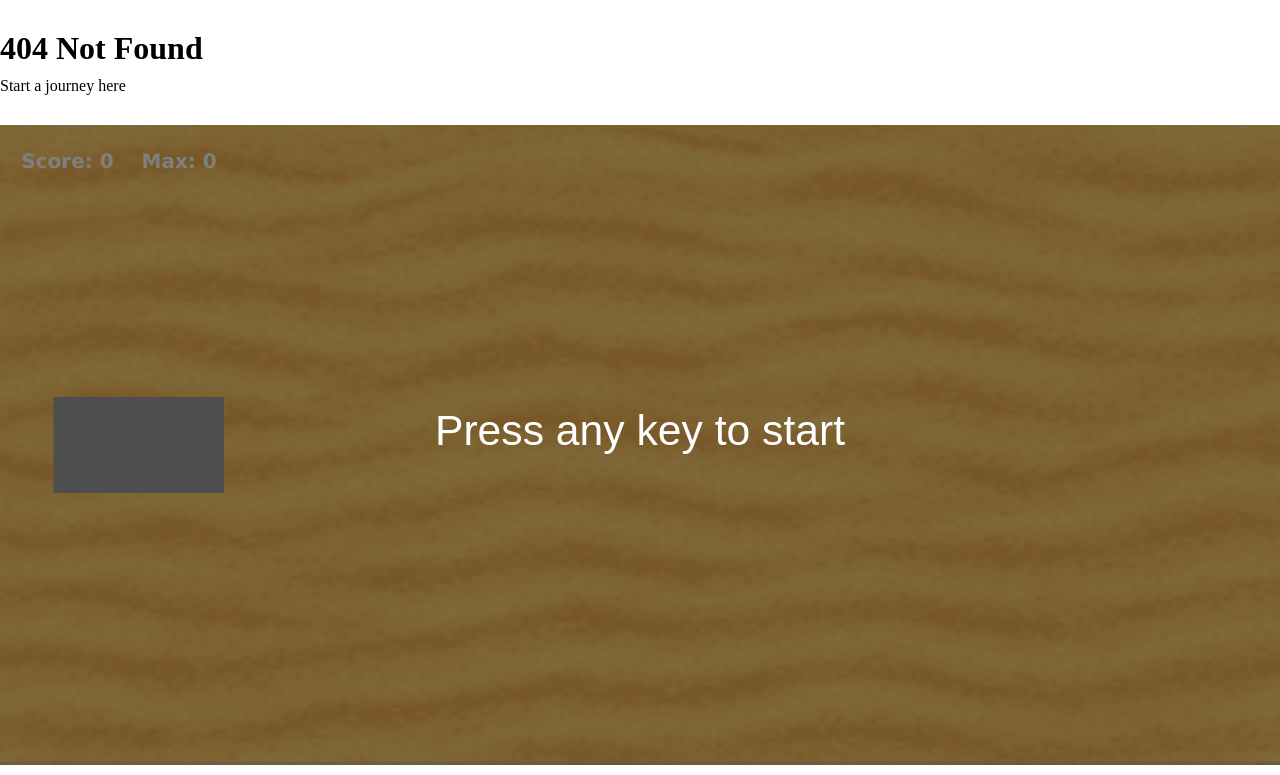
Repository: btgoo/game
Page: car.html
An editor plug-in stored every save of this project. The page is shown before and after the next save, followed by the edit.
The browser window is 1280 px wide. The pictures show the whole page.

Above is the page before, as saved 2025-10-26 02:45:13.

### car.html
<!DOCTYPE html>
<script src="carscript.js" defer type="module"></script>
<link rel="stylesheet" href="car_style.css">
<html lang="en">
<head>
    <meta charset="UTF-8">
    <meta http-equiv="X-UA-Compatible" content="IE=edge" />
    <meta name="viewport" content="width=device-width, initial-scale=1.0">
    <title>CarGo</title>
</head>
<body>
    <h1>404 Not Found</h1>
    Start a journey here
    <p id="demo"></p>
    <canvas id="game">
    </canvas>
</body>
 </html>

### carscript.js
const canvas = document.getElementById("game");
const ctx = canvas.getContext("2d");

const GAME_WIDTH = 1200;
const GAME_HEIGHT = 600;
const PLAYER_WIDTH = 160;
const PLAYER_HEIGHT = 90;
const CACTI_WIDTH = 78;
const CACTI_Height = 90;

const NUM_LANES = 5;

const obstacleData = [
    {src: "./assets/car_images/cactus_1.png", width:CACTI_WIDTH, height:CACTI_WIDTH},
    {src: "./assets/car_images/cactus_2.png", width:CACTI_WIDTH, height:CACTI_Height},
    {src: "./assets/car_images/cactus_3.png", width:CACTI_WIDTH, height:CACTI_Height},
    {src: "./assets/car_images/cactus_1.png", width:CACTI_WIDTH, height:CACTI_WIDTH},
    {src: "./assets/car_images/cactus_2.png", width:CACTI_WIDTH, height:CACTI_Height},
    {src: "./assets/car_images/cactus_3.png", width:CACTI_WIDTH, height:CACTI_Height},
    {src: "./assets/car_images/tumbleweed.png", width:CACTI_WIDTH, height:CACTI_WIDTH},
    {src: "./assets/car_images/red_car.png", width:PLAYER_WIDTH, height:PLAYER_HEIGHT},
    {src: "./assets/car_images/green_car.png", width:PLAYER_WIDTH, height:PLAYER_HEIGHT},
];

let obstacleImgs = [];
obstacleData.forEach(data => {
    const img = new Image();
    img.src = data.src;
    img.width = data.width;
    img.height = data.height;
    obstacleImgs.push(img);
});

const explosionImg = new Image();
explosionImg.src = "./assets/car_images/explosion_sprite.png";

let explosions = [];

let scaleRatio = null;
let backgroundX = 0;
let gameSpeed = 3;
let speedIncreaseRate = 0.0001;

let gameRunning = false;
let gameOver = false;

let score = 0;
let maxScore = 0;

let car = {
  x: GAME_WIDTH / 24,
  width: PLAYER_WIDTH,
  height: PLAYER_HEIGHT,
  lane: 2,
};

let obstacles = [];
let obstacleTimer = 0;
let obstacleInterval = 80;
let lanes = [];

function setupLanes() {
  const laneHeight = GAME_HEIGHT / NUM_LANES;
  lanes = [];
  for (let i = 0; i < NUM_LANES; i++) {
    lanes.push(laneHeight * i + (laneHeight - car.height) / 2);
  }
  car.y = lanes[car.lane];
}

function getScaleRatio() {
  const screenHeight = Math.min(window.innerHeight, document.documentElement.clientHeight);
  const screenWidth = Math.min(window.innerWidth, document.documentElement.clientWidth);

  if (screenWidth / screenHeight < GAME_WIDTH / GAME_HEIGHT) {
    return screenWidth / GAME_WIDTH;
  } else {
    return screenHeight / GAME_HEIGHT;
  }
}

function setScreen() {
  scaleRatio = getScaleRatio();
  canvas.width = GAME_WIDTH * scaleRatio;
  canvas.height = GAME_HEIGHT * scaleRatio;
  setupLanes();
}

setScreen();
window.addEventListener("resize", () => {
  setScreen();
  drawScene();
});

const backgroundImg = new Image();
backgroundImg.src = "./assets/car_images/background.png";

const carImg = new Image();
carImg.src = "./assets/car_images/blue_car.png";

backgroundImg.onload = requestAnimationFrame(gameLoop);
carImg.onload = () => requestAnimationFrame(gameLoop);

backgroundImg.onload = drawStartScreen;
carImg.onload = drawStartScreen;


function drawStartScreen() {
    drawScene();
    ctx.fillStyle = "rgba(0, 0, 0, 0.5)";
    ctx.fillRect(0, 0, canvas.width, canvas.height);

    ctx.fillStyle = "white";
    ctx.font = `${40 * scaleRatio}px Arial`;
    ctx.textAlign = "center";
    ctx.fillText("Press any key to start", canvas.width / 2, canvas.height / 2);
}

function drawScene() {
    ctx.clearRect(0, 0, canvas.width, canvas.height);

    const bgWidth = canvas.width;
    const bgHeight = canvas.height;
    let bgX = -backgroundX * scaleRatio;

    ctx.drawImage(backgroundImg, bgX, 0, bgWidth, bgHeight);
    ctx.drawImage(backgroundImg, bgX + bgWidth, 0, bgWidth, bgHeight);

    ctx.fillStyle = "white";
    ctx.font = `bold ${20}px Verdana`;
    ctx.textAlign = "left";
    ctx.fillText(`Score: ${score}    Max: ${maxScore}`, 20 * scaleRatio, 40 * scaleRatio);

    if (backgroundX * scaleRatio >= bgWidth) backgroundX = 0;

    obstacles.forEach((ob) => {
        ctx.drawImage(
        ob.img,
        ob.x * scaleRatio,
        ob.y * scaleRatio,
        ob.width * scaleRatio,
        ob.height * scaleRatio
        );
    });

    if (!gameOver) {
        ctx.drawImage(
            carImg,
            car.x * scaleRatio,
            car.y * scaleRatio,
            car.width * scaleRatio,
            car.height * scaleRatio
        );
    }
    explosions.forEach((ex, i) => {
        const frameWidth = explosionImg.width / ex.maxFrames;
        const frameHeight = explosionImg.height;

        ctx.drawImage(
            explosionImg,
            frameWidth * ex.frame,
            0,
            frameWidth,
            frameHeight,
            ex.x * scaleRatio,
            ex.y * scaleRatio,
            ex.width * scaleRatio,
            ex.height * scaleRatio
        );

        ex.tick++;
        if (ex.tick % ex.frameSpeed === 0) {
            ex.frame++;
        }
        if (ex.frame >= ex.maxFrames) {
            explosions.splice(i, 1);
        }
    });
    if (gameOver) {
        ctx.fillStyle = "rgba(0, 0, 0, 0.6)";
        ctx.fillRect(0, 0, canvas.width, canvas.height);
        ctx.fillStyle = "white";
        ctx.font = `${60 * scaleRatio}px Arial Black`;
        ctx.textAlign = "center";
        ctx.fillText("GAME OVER", canvas.width / 2, canvas.height / 2);
        ctx.font = `${30 * scaleRatio}px Arial`;
        ctx.fillText("Press any key to restart", canvas.width / 2, canvas.height / 2 + 60 * scaleRatio);
    }
}

function gameLoop() {
    if (gameRunning && !gameOver) {
        backgroundX += gameSpeed;

        obstacleTimer++;
        if (obstacleTimer > obstacleInterval) {
            spawnObstacle();
            obstacleTimer = 0;
            obstacleInterval = 100 + Math.random() * 10;
        }

        obstacles.forEach((ob) => {
            ob.x -= gameSpeed;

            if (!ob.counted && ob.x + ob.width < car.x) {
                score++;
                ob.counted = true;

                if (score > maxScore) {
                    maxScore = score;
                }
            }
        });

        obstacles = obstacles.filter((ob) => ob.x + ob.width > 0);

        checkCollisions();

        gameSpeed += speedIncreaseRate;

        drawScene();
    }
    requestAnimationFrame(gameLoop);
}
requestAnimationFrame(gameLoop);

function checkCollisions() {
    obstacles.forEach((ob, index) => {
      const carLeft = car.x;
      const carRight = car.x + car.width;
      const carTop = car.y;
      const carBottom = car.y + car.height;

      const obLeft = ob.x;
      const obRight = ob.x + ob.width-10;
      const obTop = ob.y;
      const obBottom = ob.y + ob.height;

      const horizontalOverlap = carLeft < obRight && carRight > obLeft;
      const verticalOverlap = carTop < obBottom && carBottom > obTop;

      if (horizontalOverlap && verticalOverlap) {
        spawnExplosion(car.x, car.y, car.width, car.height);
        setTimeout(setGameOver, 100);
      }
    });
}

function setGameOver(){
    gameRunning = false;
    gameOver = true
    drawScene();
}

function spawnObstacle() {
    const lane = Math.floor(Math.random() * NUM_LANES);
    const imgIndex = Math.floor(Math.random() * obstacleImgs.length);
    const chosenImg = obstacleImgs[imgIndex];

    const newObstacle = {
        x: GAME_WIDTH + 50,
        y: lanes[lane],
        width: chosenImg.width,
        height: chosenImg.height,
        lane: lane,
        img: chosenImg
    };
    obstacles.push(newObstacle);
}

function spawnExplosion(x, y, width, height) {
    explosions.push({
        x: x,
        y: y,
        width: width,
        height: height,
        frame: 0,
        maxFrames: 15,
        frameSpeed: 3,
        tick: 0
    });
}

window.addEventListener("keydown", (e) => {
    if (!gameRunning && !gameOver) {
      // start
      gameRunning = true;
        obstacles = [];
        explosions = [];
        backgroundX = 0;
        gameSpeed = 3;
        score = 0;
        drawScene();
    } else if (gameOver) {
      // restart
        gameOver = false;
        gameRunning = true;
        backgroundX = 0;
        obstacles = [];
        explosions = [];
        gameSpeed = 3;
        score = 0;
    } else {
      // move car if running
      if (e.key === "ArrowUp" && car.lane > 0) {
        car.lane--;
      } else if (e.key === "ArrowDown" && car.lane < NUM_LANES - 1) {
        car.lane++;
      }
      car.y = lanes[car.lane];
    }
});

### car_style.css
* {
    padding: 0px;
    padding-top: 10px;
    padding-bottom: 10px;
    margin: 0px;
}
body{
    display:flex;
    flex-direction: column;
    height: 100vh;

    user-select: none;
    touch-action: none;
    -webkit-touch-callout: none;
    -webkit-user-select: none;
    -khtml-user-select: none;
    -moz-user-select: none;
    -ms-user-select: none;
    user-select: none;
    outline: none;
    -webkit-tap-highlight-color: rgba(255, 255, 255, 0);
}

After the next save:
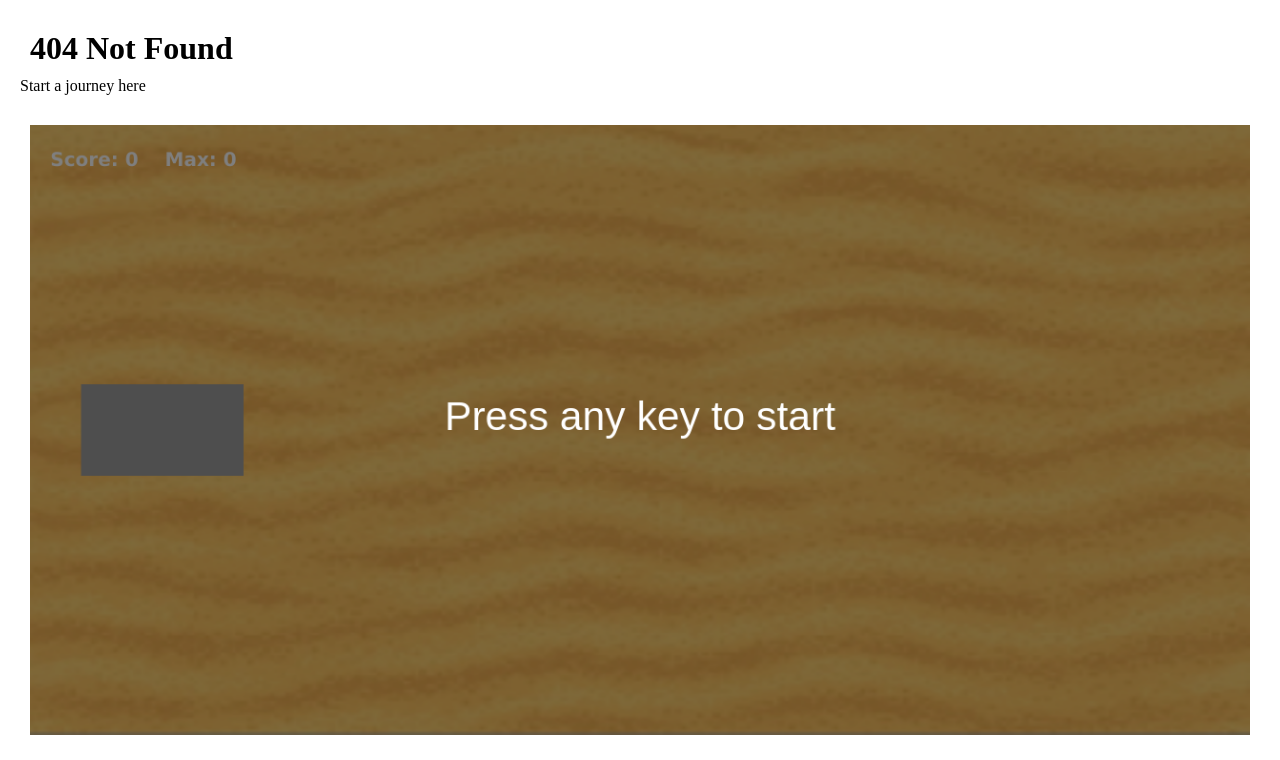
Saved 48 s later.
--- a/car_style.css
+++ b/car_style.css
@@ -1,5 +1,5 @@
 * {
-    padding: 0px;
+    padding: 10px;
     padding-top: 10px;
     padding-bottom: 10px;
     margin: 0px;
